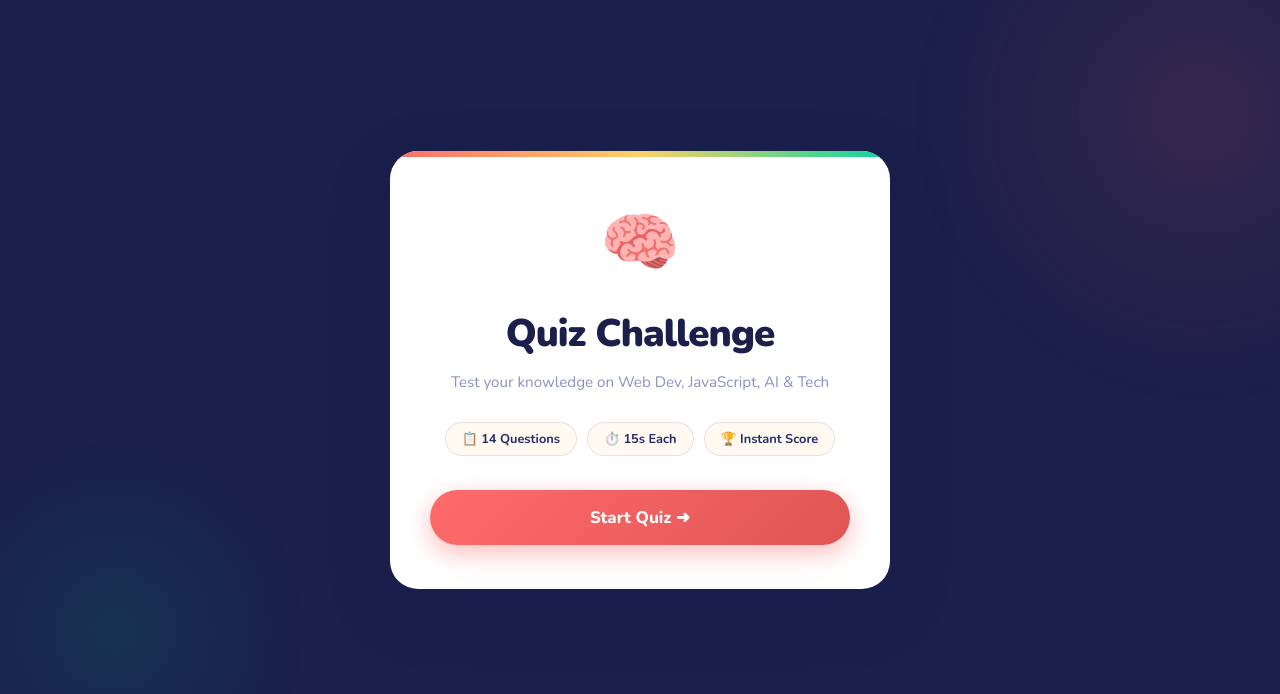
Repository: fatimaqueen9967-eng/SyntacexhubQuizApp
Page: index.html
An editor plug-in stored every save of this project. The page is shown before and after the next save, followed by the edit.
The browser window is 1280 px wide. The pictures show the whole page.

Above is the page before, as saved 2026-03-15 16:54:19.

After the next save:
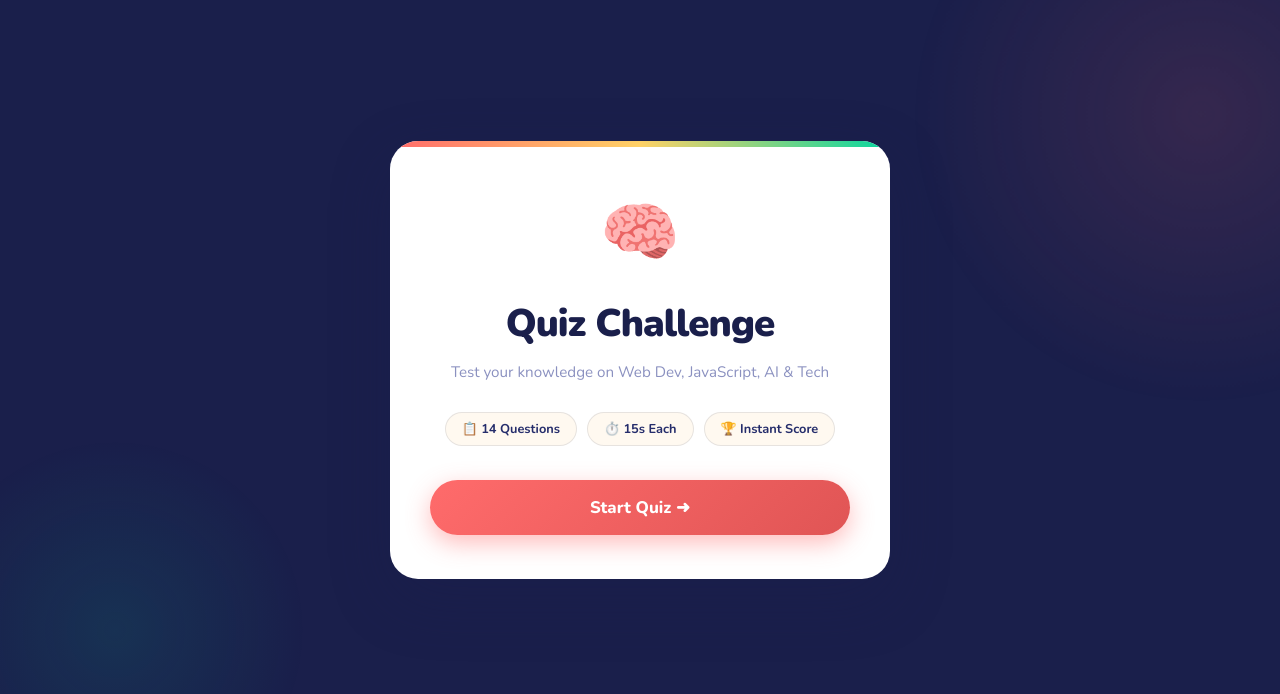
Saved 5 s later.
--- a/style.css
+++ b/style.css
@@ -74,8 +74,8 @@
     align-items: center;
     justify-content: center;
     padding:  40px 20px;
-    padding-top: 60px;
-    padding-bottom: 40px;
+    /* padding-top: 60px;
+    padding-bottom: 40px; */
     opacity: 0;
     pointer-events: none;
     transition: opacity 0.45s ease;

After the save that followed:
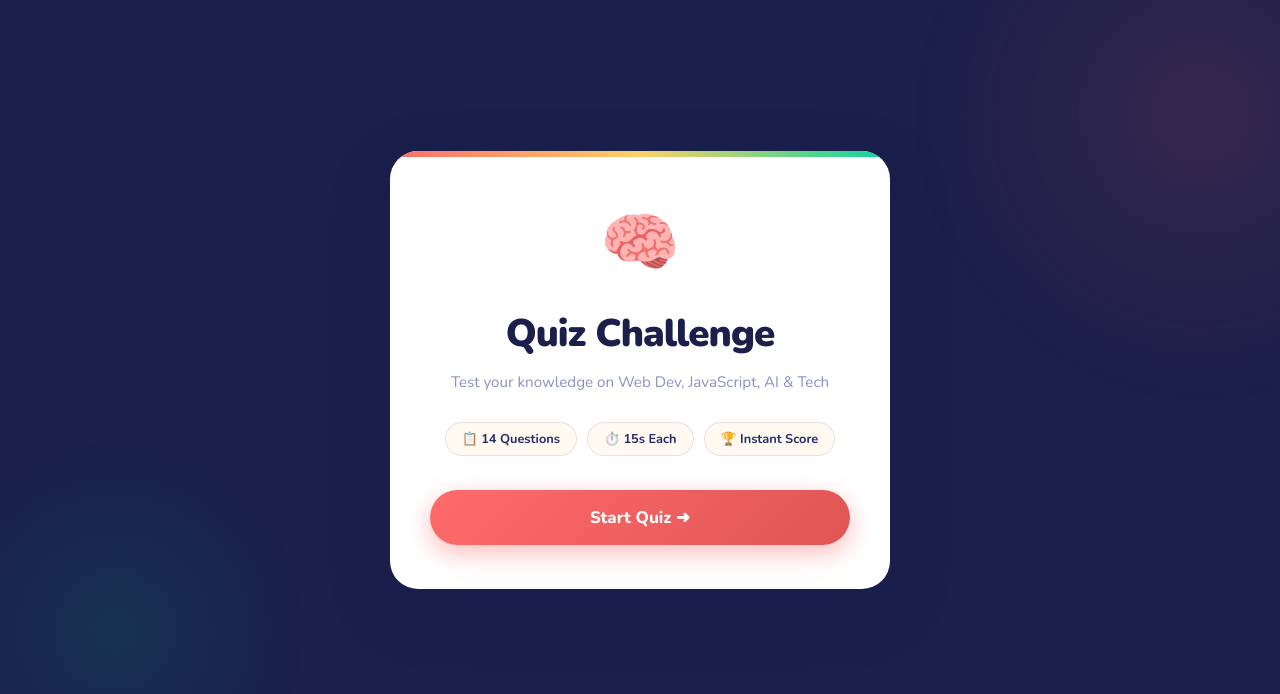
Saved 6 s later.
--- a/style.css
+++ b/style.css
@@ -74,8 +74,8 @@
     align-items: center;
     justify-content: center;
     padding:  40px 20px;
-    /* padding-top: 60px;
-    padding-bottom: 40px; */
+    padding-top: 60px;
+    padding-bottom: 40px;
     opacity: 0;
     pointer-events: none;
     transition: opacity 0.45s ease;
